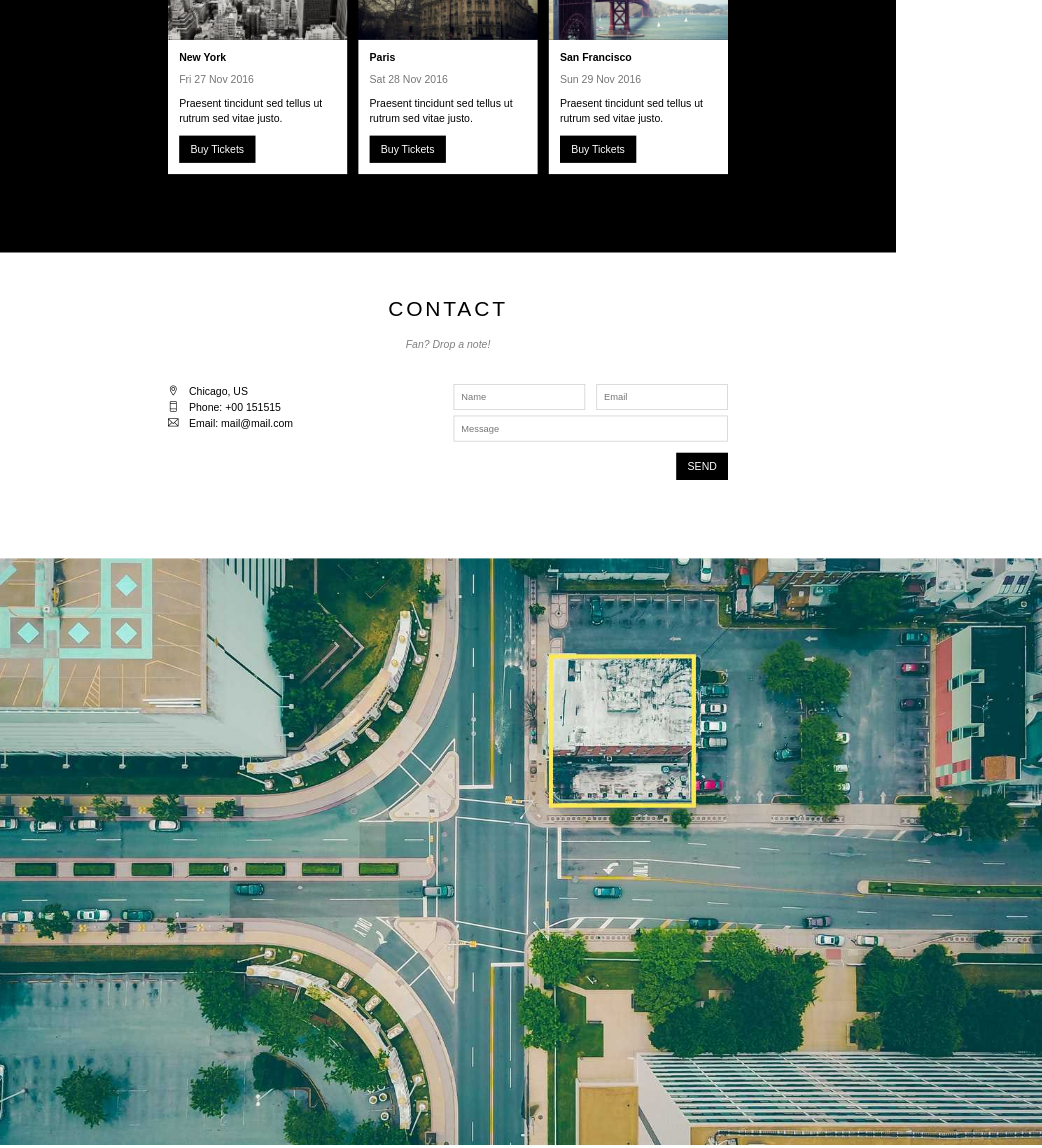
Repository: ducvui2003/LTCB
Page: index.html
An editor plug-in stored every save of this project. The page is shown before and after the next save, followed by the edit.
The browser window is 1280 px wide. The page is 1489 px wide, then 1280 px, so the pictures cover 1489 px, including what lies to the right of the window. The pictures show the part of the page from y = 1794 to 3434 px (the page is 3434 px tall before and 3316 px after), at 70% of full size.

Above is the page before, as saved 2022-01-14 21:12:11.

After the next save:
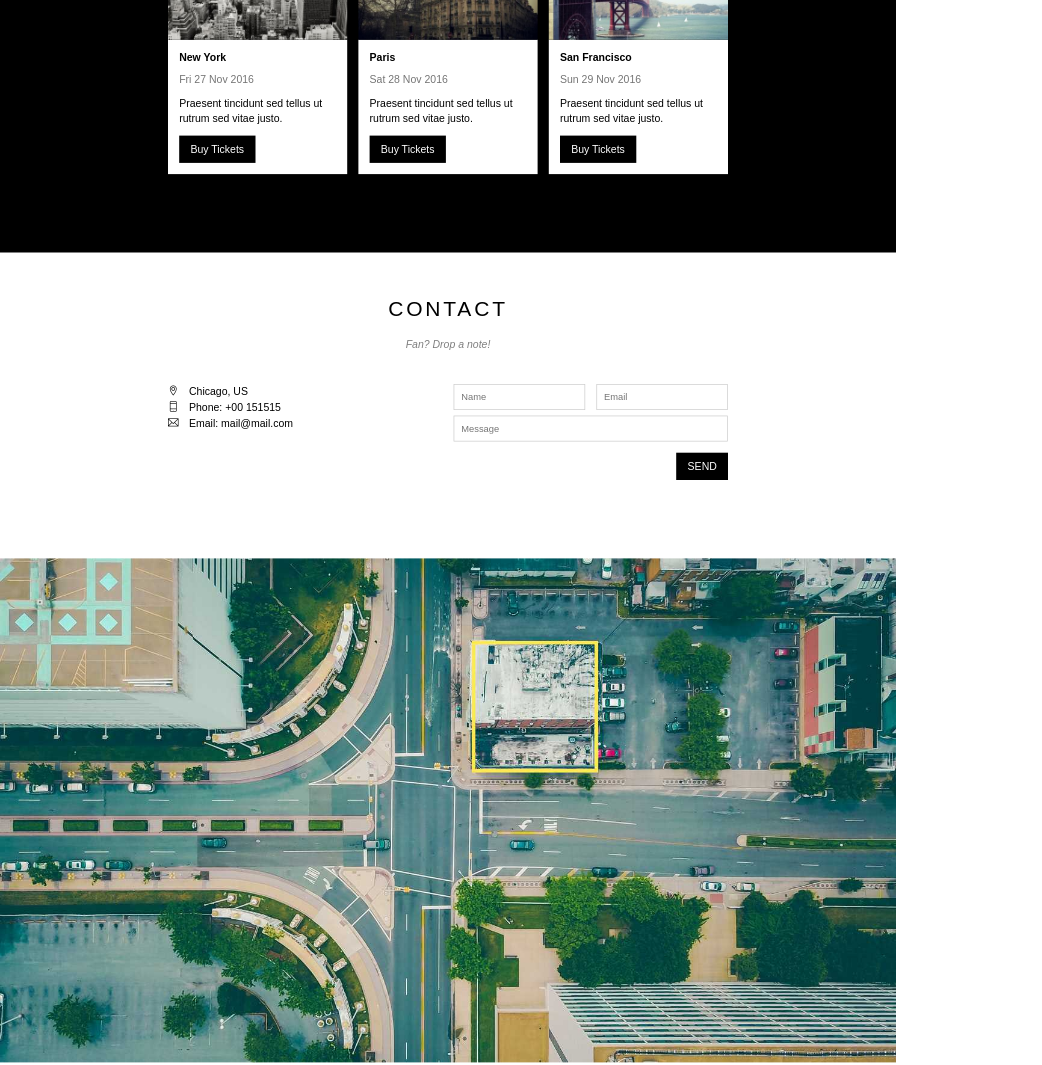
Saved 50 s later.
--- a/assest/Css/styles.css
+++ b/assest/Css/styles.css
@@ -390,7 +390,7 @@
     float: right;
 } */
 
-.map-section {
+.map-section img {
     width: 100%;
 }
 
